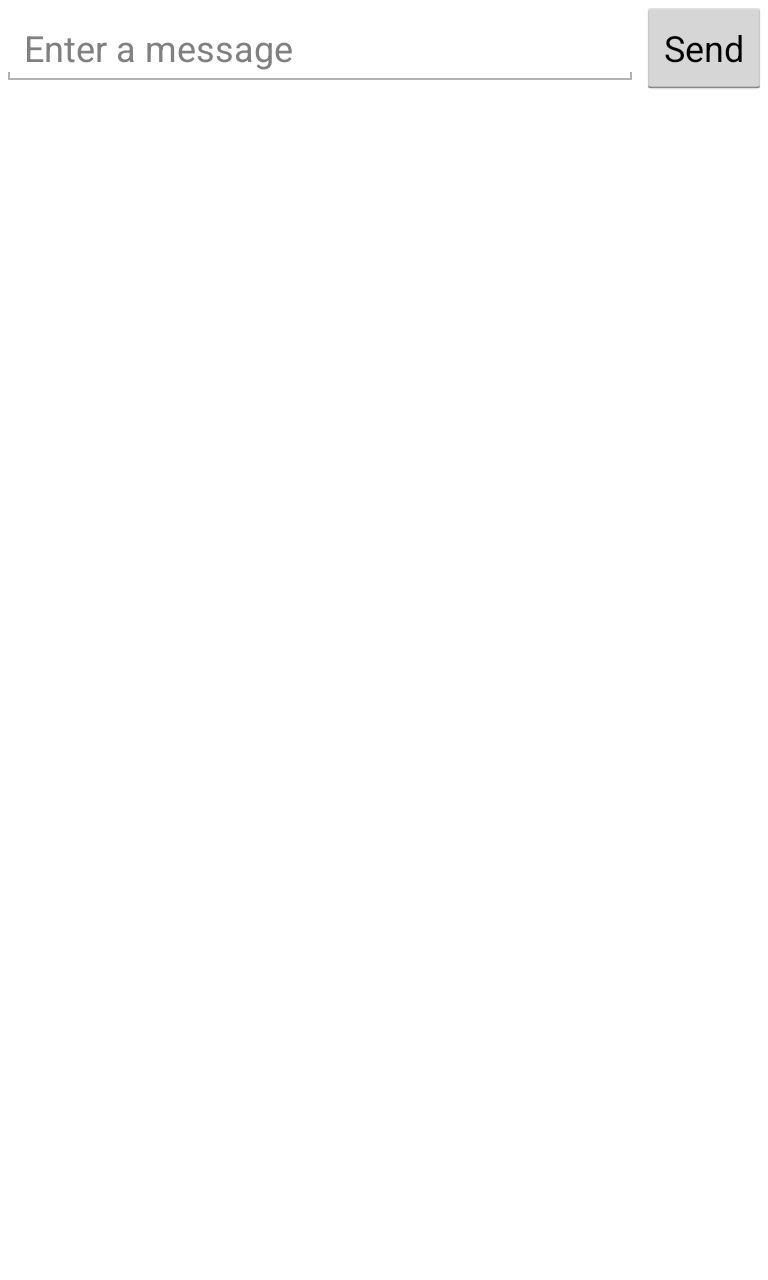
Repository: Jwonsever/AndroidPiano
Layout: HelloWorld/res/layout/activity_main.xml
An editor plug-in stored every save of this project. The layout is shown before and after the next save, followed by the edit.
It is drawn on a 768 x 1280 px phone screen (xhdpi) without system bars, with theme AppTheme; the app's code is not run.

Above is the layout before, as saved 2013-11-08 00:08:23.

After the next save:
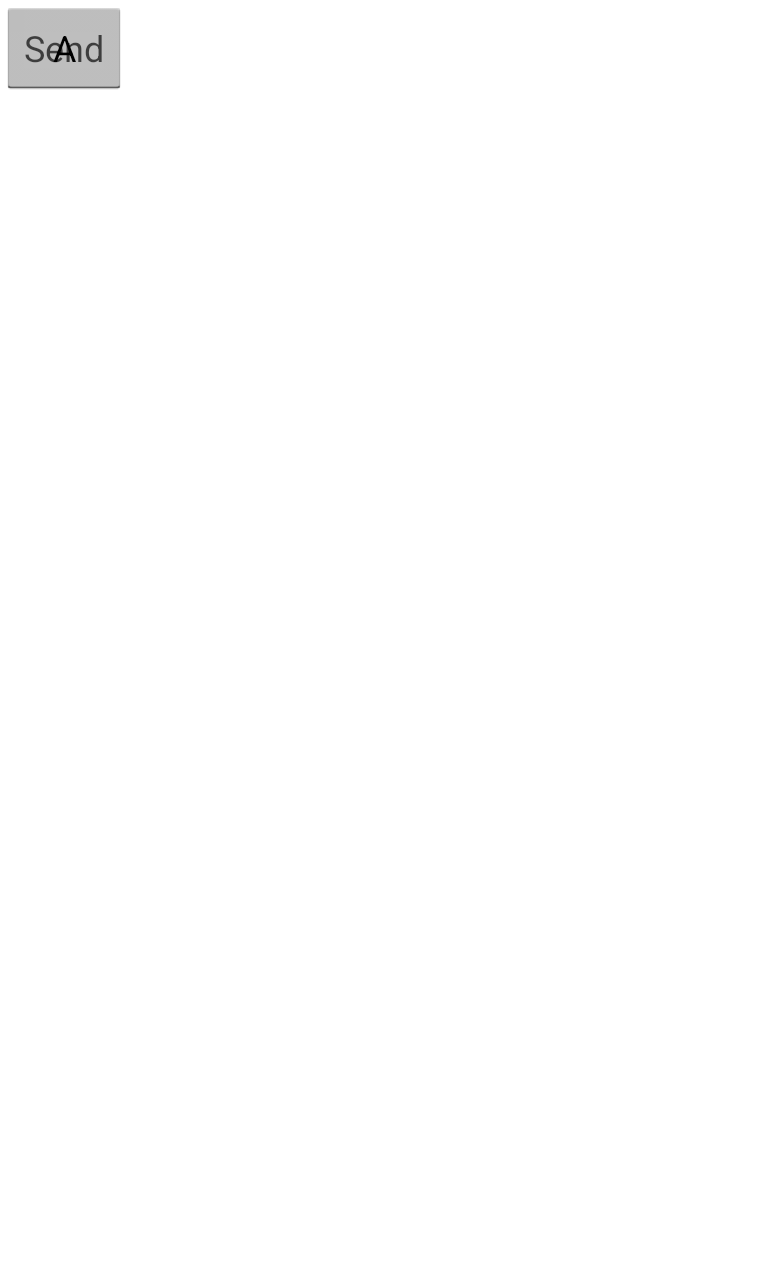
Saved 3 min 29 s later.
--- a/HelloWorld/res/layout/activity_main.xml
+++ b/HelloWorld/res/layout/activity_main.xml
@@ -1,5 +1,5 @@
 <?xml version="1.0" encoding="utf-8"?>
-<LinearLayout xmlns:android="http://schemas.android.com/apk/res/android"
+<RelativeLayout xmlns:android="http://schemas.android.com/apk/res/android"
     xmlns:tools="http://schemas.android.com/tools"
     android:layout_width="match_parent"
     android:layout_height="match_parent"
@@ -15,4 +15,9 @@
         android:layout_height="wrap_content"
         android:onClick="sendMessage"
         android:text="@string/button_send" />
-</LinearLayout>
+	<Button
+        android:layout_width="wrap_content"
+        android:layout_height="wrap_content"
+        android:onClick="play_a_note"
+        android:text="@string/a_note" />
+</RelativeLayout>
